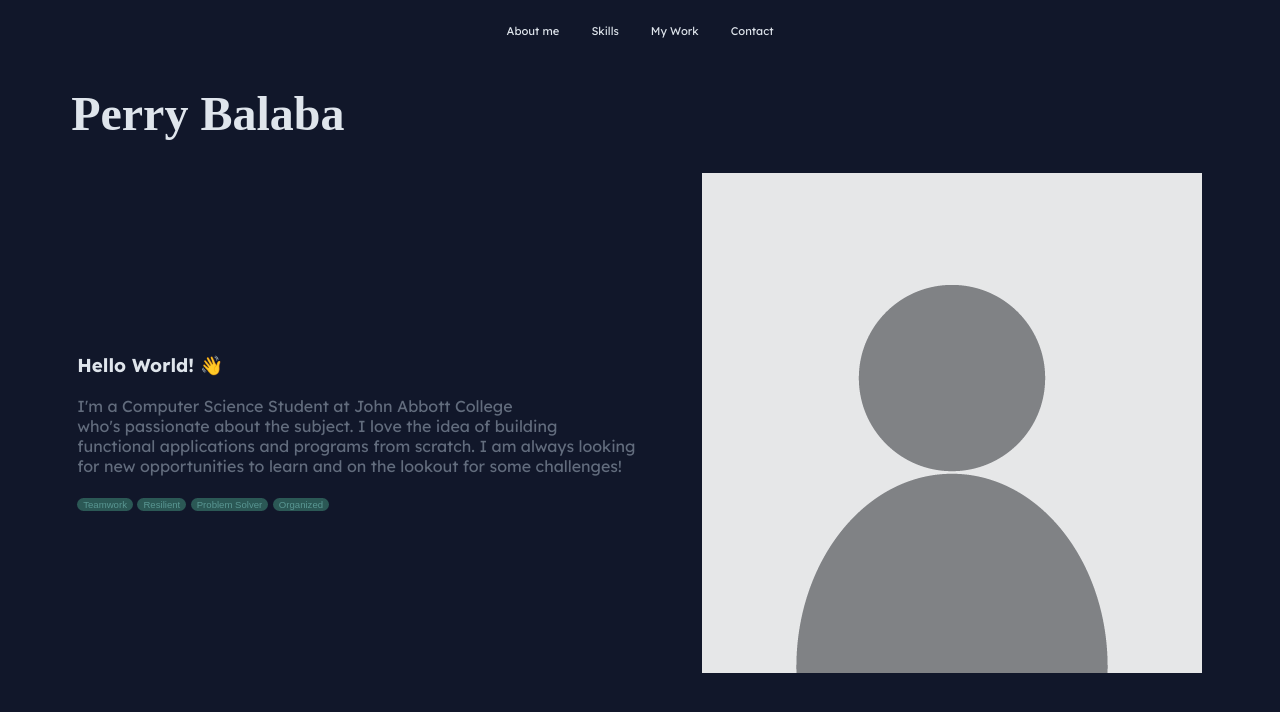
Repository: perrybalaba/perrybalaba
Page: index.html
These files come from the project's save history. The page is drawn as it stood at one moment and after the next save; the edit follows.
The browser window is 1280 px wide. The pictures show the whole page.
Some web fonts or font styles are not loaded; a fallback is used.

Above is the page before, as saved 2026-04-24 18:34:41.

After the next save:
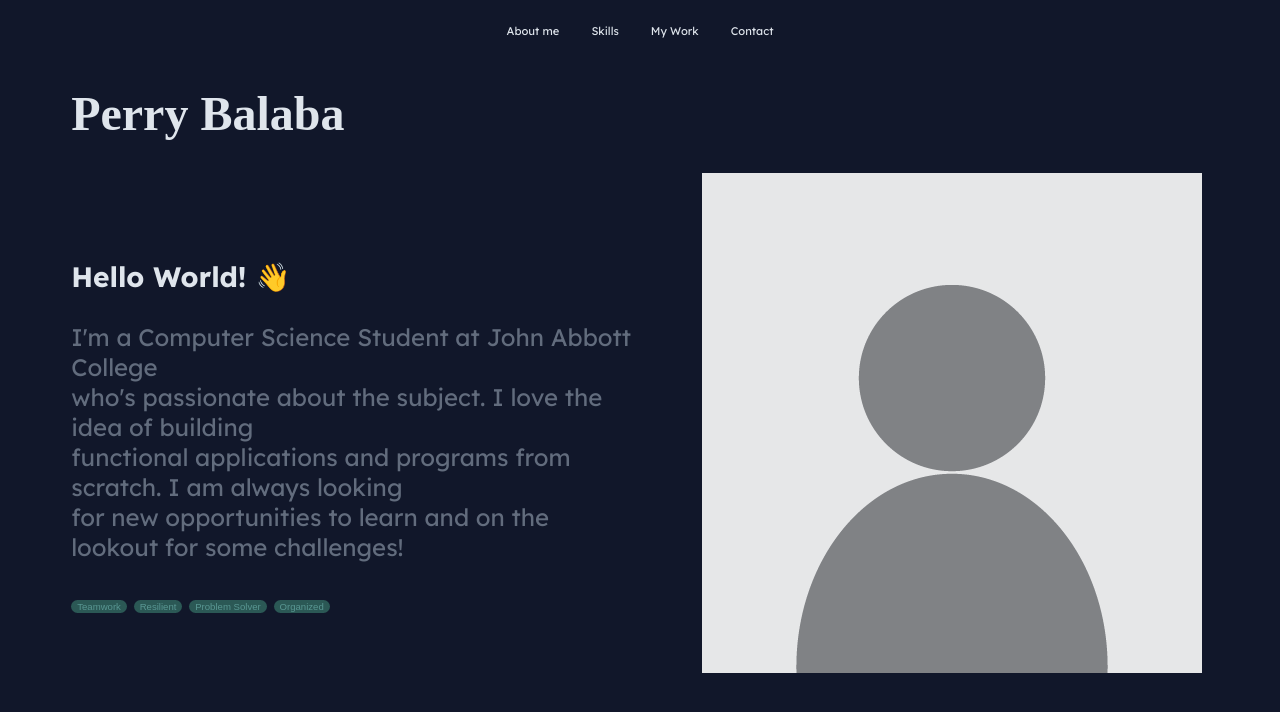
Saved 9 s later.
--- a/styles/index.css
+++ b/styles/index.css
@@ -40,7 +40,7 @@ nav ul li a:hover {
 
 .Description {
     text-align: left;
-    font-size: 1rem;
+    font-size: 1.5rem;
     min-width: 407px;
     min-height: 124px;
     margin-inline: auto;
